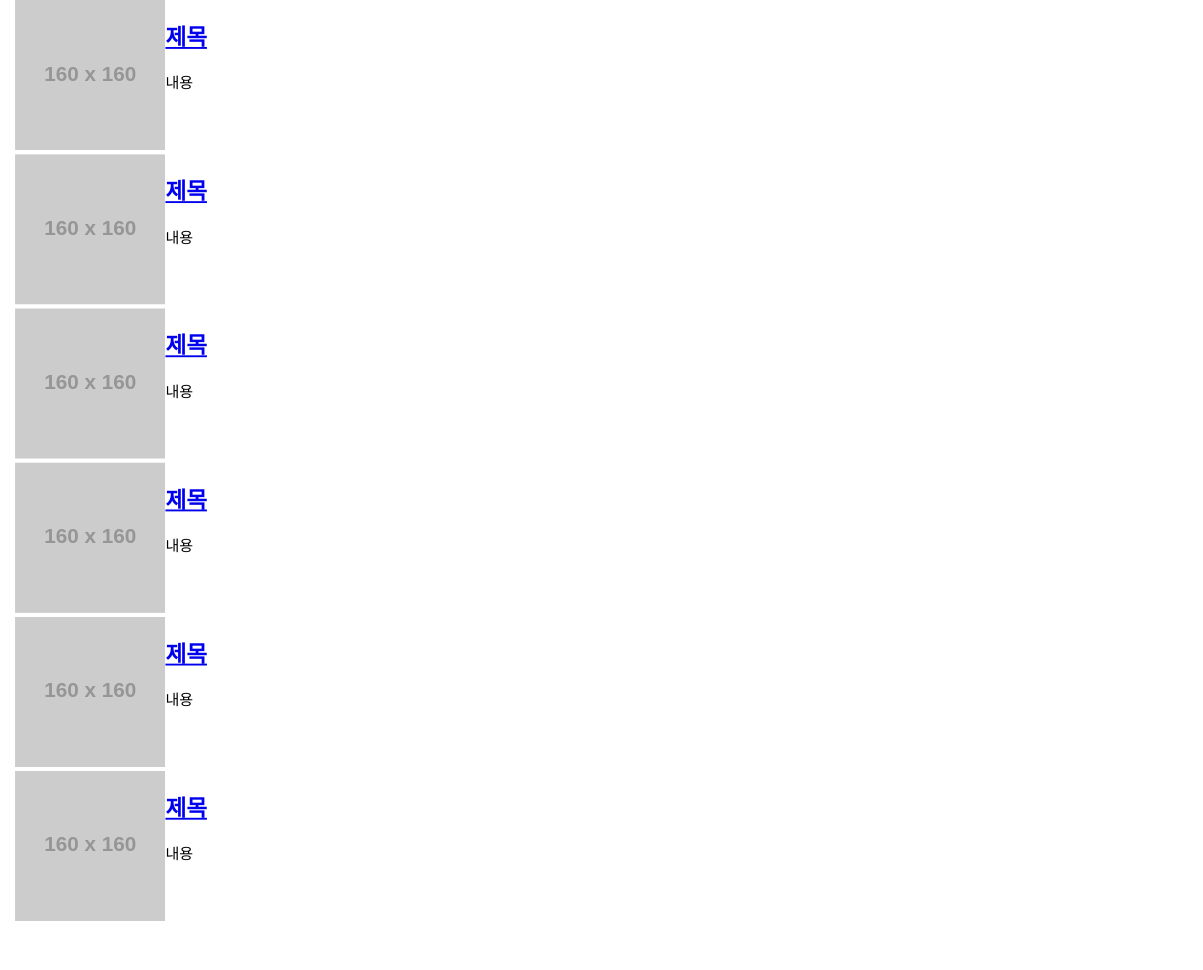
Repository: parkhyeonki/news-viewer
Page: /
These files come from the project's save history. The page is drawn as it stood at one moment and after the next save; the edit follows.
The browser window is 1280 px wide. The pictures show the whole page, at 94% of full size.
The project was rebuilt for these pictures with package versions that can differ from the ones it lists, and the page was loaded fresh each time. Also part of the build but not shown: src/App.css.

Above is the page before, as saved 2022-05-19 10:45:52.

### src/App.js
import './App.css';
import NewsList from './components/NewsList/NewsList';

function App() {
  return <NewsList />;
}

export default App;

### src/components/NewsList/NewsList.js
import React from 'react';
import styled from 'styled-components';
import NewsItem from '../NewsItem/NewsItem';
const NewsList = () => {
  const NewsListBlock = styled.div`
    box-sizing: border-box;
    padding-bottom: 3rem;
  `;

  const sampleArticle = {
    title: '제목',
    description: '내용',
    url: 'https://google.com',
    urlToImage: 'https://via.placeholder.com/160',
  };
  return (
    <NewsListBlock>
      <NewsItem article={sampleArticle} />
      <NewsItem article={sampleArticle} />
      <NewsItem article={sampleArticle} />
      <NewsItem article={sampleArticle} />
      <NewsItem article={sampleArticle} />
      <NewsItem article={sampleArticle} />
    </NewsListBlock>
  );
};

export default NewsList;

### src/components/NewsItem/NewsItem.js
import React from 'react';
import styled from 'styled-components';

const NewsItemBlock = styled.div`
  display: flex;

  .thumbnail {
    margin-left: 1rem;
  }
`;
const NewsItem = ({ article }) => {
  const { title, description, url, urlToImage } = article;

  return (
    <NewsItemBlock>
      {urlToImage && (
        <div className="thumbnail">
          <a href={url} target="_blank" rel="noopener noreferrer">
            <img src={urlToImage} alt="thumbnail" />
          </a>
        </div>
      )}
      <div className="contents">
        <h2>
          <a href={url} target="_blank" rel="noopener noreferrer">
            {title}
          </a>
        </h2>
        <p>{description}</p>
      </div>
    </NewsItemBlock>
  );
};

export default NewsItem;

Loaded but not shown: public/index.html (common file); src/index.js (common file); src/index.css (common file); src/reportWebVitals.js (common file)

After the next save:
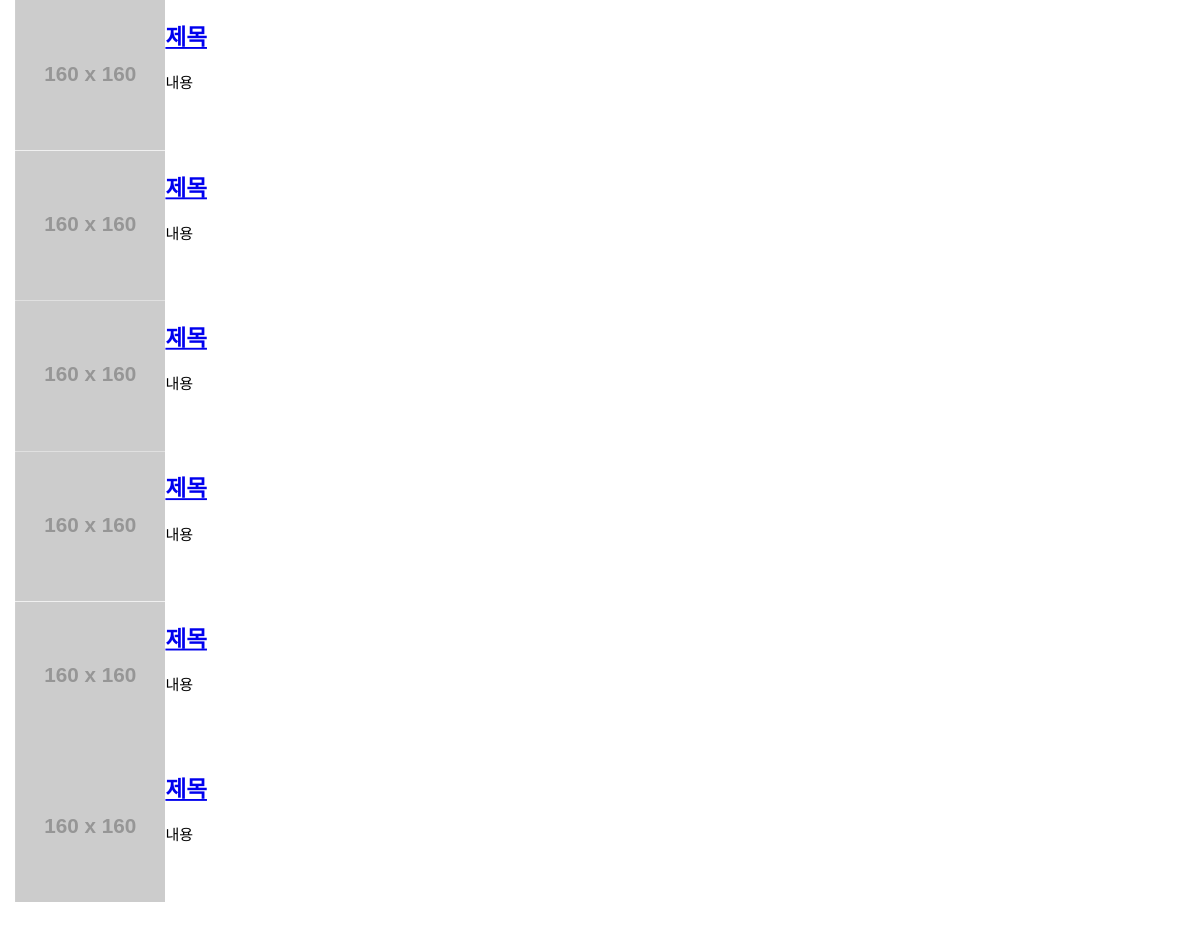
Saved 21 s later.
--- a/src/components/NewsItem/NewsItem.js
+++ b/src/components/NewsItem/NewsItem.js
@@ -6,6 +6,9 @@ const NewsItemBlock = styled.div`
 
   .thumbnail {
     margin-left: 1rem;
+    img {
+      display: block;
+    }
   }
 `;
 const NewsItem = ({ article }) => {
